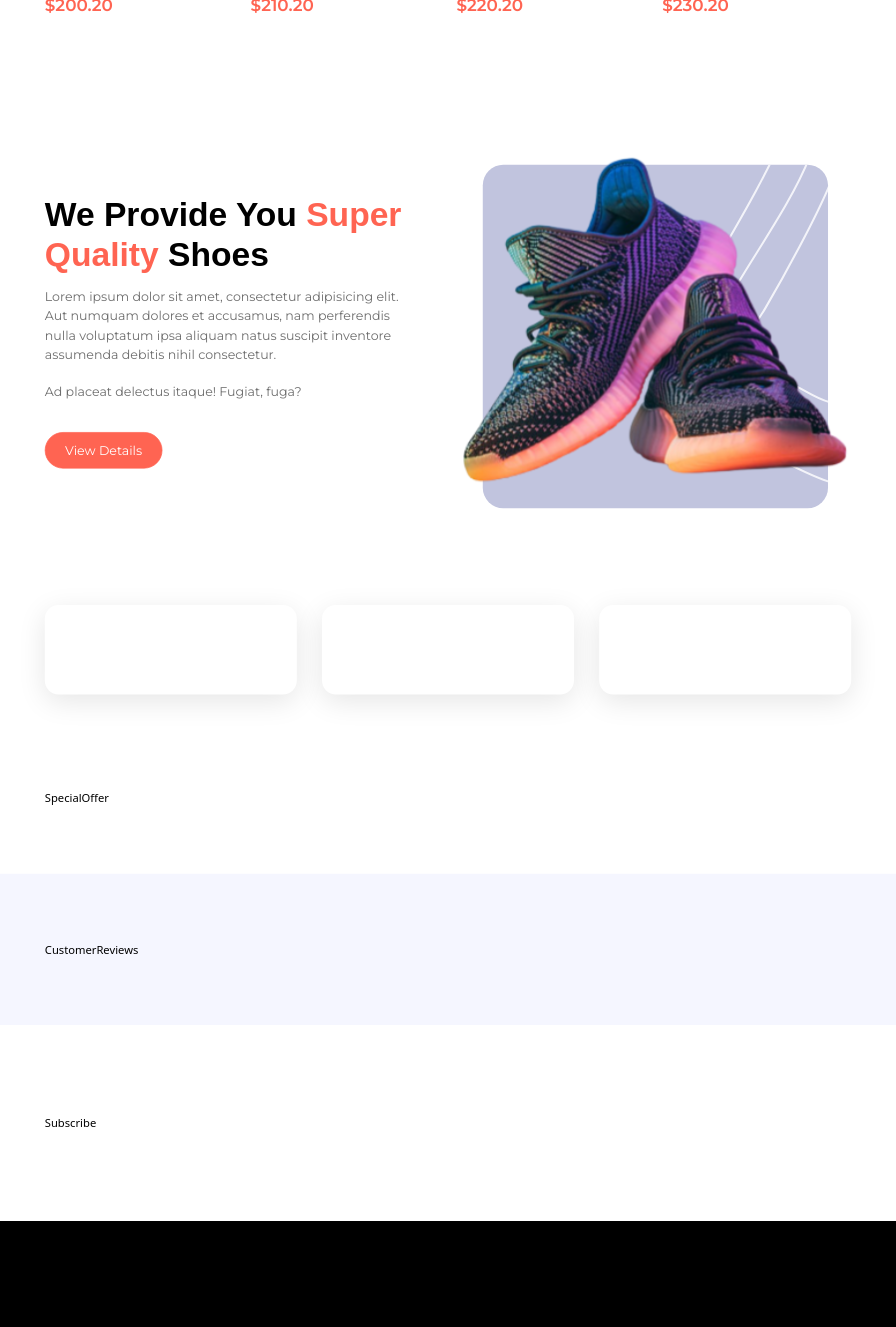
Repository: tynoschuck/nike-landpage
Page: /
These files come from the project's save history. The page is drawn as it stood at one moment and after the next save; the edit follows.
The browser window is 1280 px wide. The pictures show the part of the page from y = 1516 to 3436 px (the page is 3412 px tall before and 3436 px after), at 70% of full size.
Some web fonts or font styles are not loaded; a fallback is used. The project was rebuilt for these pictures with package versions that can differ from the ones it lists, and the page was loaded fresh each time. Also part of the build but not shown: vite.config.js.

Above is the page before, as saved 2023-12-01 11:35:58.

### index.html
<!doctype html>
<html lang="en">
  <head>
    <meta charset="UTF-8" />
    <link rel="icon" type="image/svg+xml" href="favicon.ico?" />
    <meta name="viewport" content="width=device-width, initial-scale=1.0" />
    <title>Nike Site</title>
  </head>
  <body>
    <div id="root"></div>
    <script type="module" src="/src/main.jsx"></script>
  </body>
</html>

### src/App.jsx
import Nav from "./components/Nav";
import { Hero, PopularProducts, CustomerReviews, Footer, Services, SpecialOffer, Subscribe, SuperQuality } from "./sections";

const App = () => (
  <main className="relative">
    <Nav />
    <section className="xl:padding-l wide:padding-r padding-b">
      <Hero />
    </section>
    <section className="padding">
      <PopularProducts />
    </section>
    <section className="padding">
      <SuperQuality />
    </section>
    <section className="padding-x py-10">
      <Services />
    </section>
    <section className="padding">
      <SpecialOffer />
    </section>
    <section className="padding bg-pale-blue">
      <CustomerReviews />
    </section>
    <section className="padding-x sm:py-32 py-16 w-full">
      <Subscribe />
    </section>
    <section className="padding-x padding-t pb-8 bg-black">
      <Footer />
    </section>
  </main>
);

export default App;

### src/components/Nav.jsx
import { headerLogo } from '../assets/images';
import { hamburger } from '../assets/icons';
import { navLinks } from '../constants';

const Nav = () => {
  return (
    <header className='padding-x py-8 absolute z-10 w-full'>
      <nav className='flex justify-between items-center max-container'>
        <a href="/">
          <img
            src={headerLogo}
            alt="logo"
            width={130}
            height={29}
          />
        </a>
        <ul className='flex-1 flex justify-center items-center gap-16 max-lg:hidden'>
          {navLinks.map((item) => (
            <li key={item.label}>
              <a
                href={item.href}
                className="font-montserrat leading-normal text-lg text-slate-gray"
              >
                {item.label}
              </a>
            </li>
          ))}
        </ul>
        <div className='hidden max-lg:block'>
          <img
            src={hamburger}
            alt="Hamburger"
            width={25}
            height={25}
          />
        </div>
      </nav>
    </header>
  )
}

export default Nav

### src/sections/index.js
import Hero from "./Hero";
import PopularProducts from "./PopularProducts";
import Footer from "./Footer";
import CustomerReviews from "./CustomerReviews";
import Services from "./Services";
import SpecialOffer from "./SpecialOffer";
import Subscribe from "./Subscribe";
import SuperQuality from "./SuperQuality";

export {
  Hero,
  PopularProducts,
  Footer,
  CustomerReviews,
  Services,
  SpecialOffer,
  Subscribe,
  SuperQuality,
};

### src/assets/images/index.js
import bigShoe1 from './big-shoe1.png'
import bigShoe2 from './big-shoe2.png'
import bigShoe3 from './big-shoe3.png'

import customer1 from './customer1.jpeg'
import customer2 from './customer2.svg'

import footerLogo from './footer-logo.svg'
import headerLogo from './header-logo.svg'

import offer from './offer.svg'

import shoe4 from './shoe4.svg'
import shoe5 from './shoe5.svg'
import shoe6 from './shoe6.svg'
import shoe7 from './shoe7.svg'
import shoe8 from './shoe8.svg'

import thumbnailBackground from './thumbnail-background.svg'
import thumbnailShoe1 from './thumbnail-shoe1.svg'
import thumbnailShoe2 from './thumbnail-shoe2.svg'
import thumbnailShoe3 from './thumbnail-shoe3.svg'

export {
    bigShoe1,
    bigShoe2,
    bigShoe3,

    customer1,
    customer2,

    footerLogo,
    headerLogo,

    offer,
    shoe4,
    shoe5,
    shoe6,
    shoe7,
    shoe8,

    thumbnailBackground,
    thumbnailShoe1,
    thumbnailShoe2,
    thumbnailShoe3
}

### src/assets/icons/index.js
import arrowRight from './arrow-right.svg'
import chevronLeft from './chevron-left.svg'
import cheveronRight from './chevron-right.svg'
import copyrightSign from './copyright-sign.svg'
import facebook from './facebook.svg'
import hamburger from './hamburger.svg'
import instagram from './instagram.svg'
import support from './support.svg'
import shieldTick from './shield-tick.svg'
import star from './star.svg'
import truckFast from './truck-fast.svg'
import twitter from './twitter.svg'

export {
    arrowRight,
    cheveronRight,
    chevronLeft,
    copyrightSign,
    facebook,
    hamburger,
    instagram,
    support,
    shieldTick,
    star,
    truckFast,
    twitter
}

### src/constants/index.js
import { facebook, instagram, shieldTick, support, truckFast, twitter } from "../assets/icons";
import { bigShoe1, bigShoe2, bigShoe3, customer1, customer2, shoe4, shoe5, shoe6, shoe7, thumbnailShoe1, thumbnailShoe2, thumbnailShoe3 } from "../assets/images";

export const navLinks = [
    { href: "#home", label: "Home" },
    { href: "#about-us", label: "About Us" },
    { href: "#products", label: "Products" },
    { href: "#contact-us", label: "Contact Us" },
];

export const shoes = [
    {
        thumbnail: thumbnailShoe1,
        bigShoe: bigShoe1,
    },
    {
        thumbnail: thumbnailShoe2,
        bigShoe: bigShoe2,
    },
    {
        thumbnail: thumbnailShoe3,
        bigShoe: bigShoe3,
    },
];

export const statistics = [
    { value: '1k+', label: 'Brands' },
    { value: '500+', label: 'Shops' },
    { value: '250k+', label: 'Customers' },
];

export const products = [
    {
        imgURL: shoe4,
        name: "Nike Air Jordan-01",
        price: "$200.20",
        rating: "(4.2)",
    },
    {
        imgURL: shoe5,
        name: "Nike Air Jordan-10",
        price: "$210.20",
        rating: "(4.8)",
    },
    {
        imgURL: shoe6,
        name: "Nike Air Jordan-100",
        price: "$220.20",
        rating: "(4.5)",
    },
    {
        imgURL: shoe7,
        name: "Nike Air Jordan-001",
        price: "$230.20",
        rating: "(4.2)",
    },
];

export const services = [
    {
        imgURL: truckFast,
        label: "Free shipping",
        subtext: "Enjoy seamless shopping with our complimentary shipping service."
    },
    {
        imgURL: shieldTick,
        label: "Secure Payment",
        subtext: "Experience worry-free transactions with our secure payment options."
    },
    {
        imgURL: support,
        label: "Love to help you",
        subtext: "Our dedicated team is here to assist you every step of the way."
    },
];

export const reviews = [
    {
        imgURL: customer1,
        customerName: 'Morich Brown',
        rating: 4.5,
        feedback: "The attention to detail and the quality of the product exceeded my expectations. Highly recommended!"
    },
    {
        imgURL: customer2,
        customerName: 'Lota Mongeskar',
        rating: 4.5,
        feedback: "The product not only met but exceeded my expectations. I'll definitely be a returning customer!"
    }
];


export const footerLinks = [
    {
        title: "Products",
        links: [
            { name: "Air Force 1", link: "/" },
            { name: "Air Max 1", link: "/" },
            { name: "Air Jordan 1", link: "/" },
            { name: "Air Force 2", link: "/" },
            { name: "Nike Waffle Racer", link: "/" },
            { name: "Nike Cortez", link: "/" },
        ],
    },
    {
        title: "Help",
        links: [
            { name: "About us", link: "/" },
            { name: "FAQs", link: "/" },
            { name: "How it works", link: "/" },
            { name: "Privacy policy", link: "/" },
            { name: "Payment policy", link: "/" },
        ],
    },
    {
        title: "Get in touch",
        links: [
            { name: "customer@nike.com", link: "mailto:customer@nike.com" },
            { name: "+92554862354", link: "tel:+92554862354" },
        ],
    },
];

export const socialMedia = [
    { src: facebook, alt: "facebook logo" },
    { src: twitter, alt: "twitter logo" },
    { src: instagram, alt: "instagram logo" },
];

### src/sections/Hero.jsx
import { useState } from "react";
import { arrowRight } from "../assets/icons";
import Button from "../components/Button";
import { shoes, statistics } from "../constants";
import { bigShoe1 } from "../assets/images";
import Shoecard from "../components/Shoecard";

const Hero = () => {

  const [bigShoeImg, setBigShoeImg] = useState(bigShoe1)

  return (
    <section
      id="home"
      className="w-full flex xl:flex-row flex-col justify-center min-h-screen gap-10 max-container">
        <div className="relative xl:w-2/5 flex flex-col justify-center items-start w-full max-xl:padding-x pt-28">
          <p className="text-xl font-montserrat text-coral-red">Our Summer Collection</p>
          <h1 className="mt-10 font-palanquin text-8xl max-sm:text-[72px] max-sm:leading-[82px] font-bold">
            <span className="xl:bg-white xl:whitespace-nowrap relative z-10 pr-10">The New Arrival</span>
            <br />
            <span className="text-coral-red inline-block mt-3">Nike</span> Shoes
          </h1>
          <p className="font-montserrat text-slate-gray text-lg leading-8 mt-6 mb-14 sm:max-w-sm"> Discover the new arrivals</p>
          <Button label='Shop now' iconUrl={arrowRight}/>
          <div className="flex justify-start items-start flex-wrap w-full mt-20 gap-16">
            {statistics.map((stat) => (
              <div key={stat.label}>
                <p className="text-4xl font-palanquin font-bold">
                  {stat.value}
                </p>
                <p className="leading-7 font-montserrat text-slate-gray">
                  {stat.label}
                </p>
              </div>
            ))}
          </div>
        </div>
        <div className="relative flex-1 flex justify-center items-center xl:min-h-screen max-xl:py-40 bg-primary bg-hero bg-cover bg-center">
          <img
            src={bigShoeImg}
            alt="shoe collection"
            width={610}
            height={500}
            className="object-contain relative z-10"
          />
          <div className="flex sm:gap-6 gap-4 absolute -bottom-[5%] sm:left-[10%] max-sm:px-6">
            {shoes.map((shoe,) => (
              <div key={shoe}>
                <Shoecard
                  imgURL={shoe}
                  changeBigShoeImage={(shoe) => setBigShoeImg (shoe)}
                  bigShoeImg={bigShoeImg}
                />
              </div>
            ))}
          </div>

        </div>
      </section>
  )
}

export default Hero

### src/sections/PopularProducts.jsx
import PopularProductCard from "../components/PopularProductCard"
import { products } from "../constants"

const PopularProducts = () => {
  return (
    <section
      id="products"
      className="max-container max-sm:mt-12"
    >
      <div className="flex flex-col justify-start gap-5">
        <h2 className="text-4xl font-palanquin font-bold">Lorem <span className="text-coral-red
        ">ipsum</span> dolor sit amet </h2>
        <p className="lg:max-w-lg mt-2 font-montserrat">Deleniti aliquid, dolorum quod velit possimus quibusdam sed sit voluptatum hic minima. </p>
      </div>
      <div className="mt-16 grid lg:grid-cols-4 md:grid-cols-3 sm:grid-cols-2 grid-cols-1 sm:gap-6 gap-14">
        {products.map((product) =>(
          <PopularProductCard
            key={product.name}
            {...product}
          />
        ))}
      </div>
    </section>
  )
}

export default PopularProducts

### src/sections/Services.jsx
import ServiceCard from "../components/ServiceCard"
import { services } from "../constants"

const Services = () => {
  return (
    <section className="max-container flex justify-center flex-wrap gap-9">
      {services.map((service) => (
        <ServiceCard
        key={service.label}
        {...service} />
      ))}
    </section>
  )
}

export default Services

### src/sections/SuperQuality.jsx
import Button from "../components/Button"
import { shoe8 } from "../assets/images"

const SuperQuality = () => {
  return (
    <section
      id="about-us"
      className="flex justify-between items-center max-lg:flex-col gap-10 w-full max-container"
    >
      <div className="flex flex-1 flex-col">
        <h2 className="font-palanquin text-4xl capitalize font-bold lg:max-w-lg">
          We Provide You <span className="text-coral-red">Super</span> <span className="text-coral-red">Quality</span> Shoes

        </h2>
        <p className="mt-4 lg:max-w-lg info-text">Lorem ipsum dolor sit amet, consectetur adipisicing elit. Aut numquam dolores et accusamus, nam perferendis nulla voluptatum ipsa aliquam natus suscipit inventore assumenda debitis nihil consectetur.</p>
        <p className="mt-6 lg:max-w-lg info-text">Ad placeat delectus itaque! Fugiat, fuga?</p>
        <div className="mt-11">
          <Button label='View Details' /></div>
        </div>
        <div className="flex-1 flex justify-center items-center">
          <img
            src={shoe8}
            alt="shoe8"
            width={570}
            height={522}
            className="object-contain"
          />
        </div>
    </section>
  )
}

export default SuperQuality

### src/components/Button.jsx
const Button = ({ label, iconUrl}) => {
  return (
    <button className="flex justify-center items-center gap-2 px-7 py-4 border font-montserrat text-lg leading-none bg-coral-red rounded-full text-white border-coral-red">
      {label}
      {iconUrl && <img
        src={iconUrl}
        alt="arrow right icon"
        className="ml-2 rounded-full w-5 h-5"
      />}
    </button>
  )
}

export default Button

### src/components/Shoecard.jsx
const Shoecard = ({ imgURL, changeBigShoeImage, bigShoeImg }) => {

  const handleClick =() => {
    if(bigShoeImg !== imgURL.bigShoe) {
      changeBigShoeImage(imgURL.bigShoe)
    }
  }

  return (
    <div
      className={`border-2 rounded-xl ${bigShoeImg === imgURL.bigShoe ? 'border-coral-red' : 'border-transparent'} cursor-pointer max-sm:flex-1`}
      onClick={handleClick}
    >
      <div className="flex justify-center items-center bg-card bg-center bg-cover sm:w-40 sm:h-40 rounded-xl max-sm:p-4">
        <img
          src={imgURL.thumbnail}
          alt='shoe collection'
          width={127}
          height={103}
          className="object-contain"
        />
      </div>
    </div>
  )
}

export default Shoecard

### src/components/PopularProductCard.jsx
import { star } from "../assets/icons"

const PopularProductCard = ({ imgURL, name, price, rating }) => {
  return (
    <div className="flex flex-1 flex-col w-full max-sm:w-full">
      <img src={imgURL} alt={name} height={280} width={280} />
      <div className="mt-8 flex justify-start gap-2.5">
        <img src={star} alt="rating" height={24} width={24} />
        <p className="font-montserrat text-xl leading-normal text-slate-gray">{rating}</p>
      </div>
      <h3 className="mt-2 text-2xl leading-normal font-semibold font-palanquin">{name}</h3>
      <p className="mt-2 font-semibold font-montserrat text-coral-red text-2xl leading-normal">{price}</p>
    </div>
  )
}

export default PopularProductCard

### src/components/ServiceCard.jsx
const ServiceCard = ({ imgURL, label, subtext }) => {
  return (
    <div className="flex-1 sm:w-[350px] sm:min-w-[350px] w-full rounded-[20px] shadow-3xl px-10 py-16">

    </div>
  )
}

export default ServiceCard

Loaded but not shown: src/main.jsx (common file); src/index.css (common file); src/sections/Footer.jsx (common file); src/sections/CustomerReviews.jsx (common file); src/sections/SpecialOffer.jsx (common file); src/sections/Subscribe.jsx (common file); tailwind.config.js (common file)

After the next save:
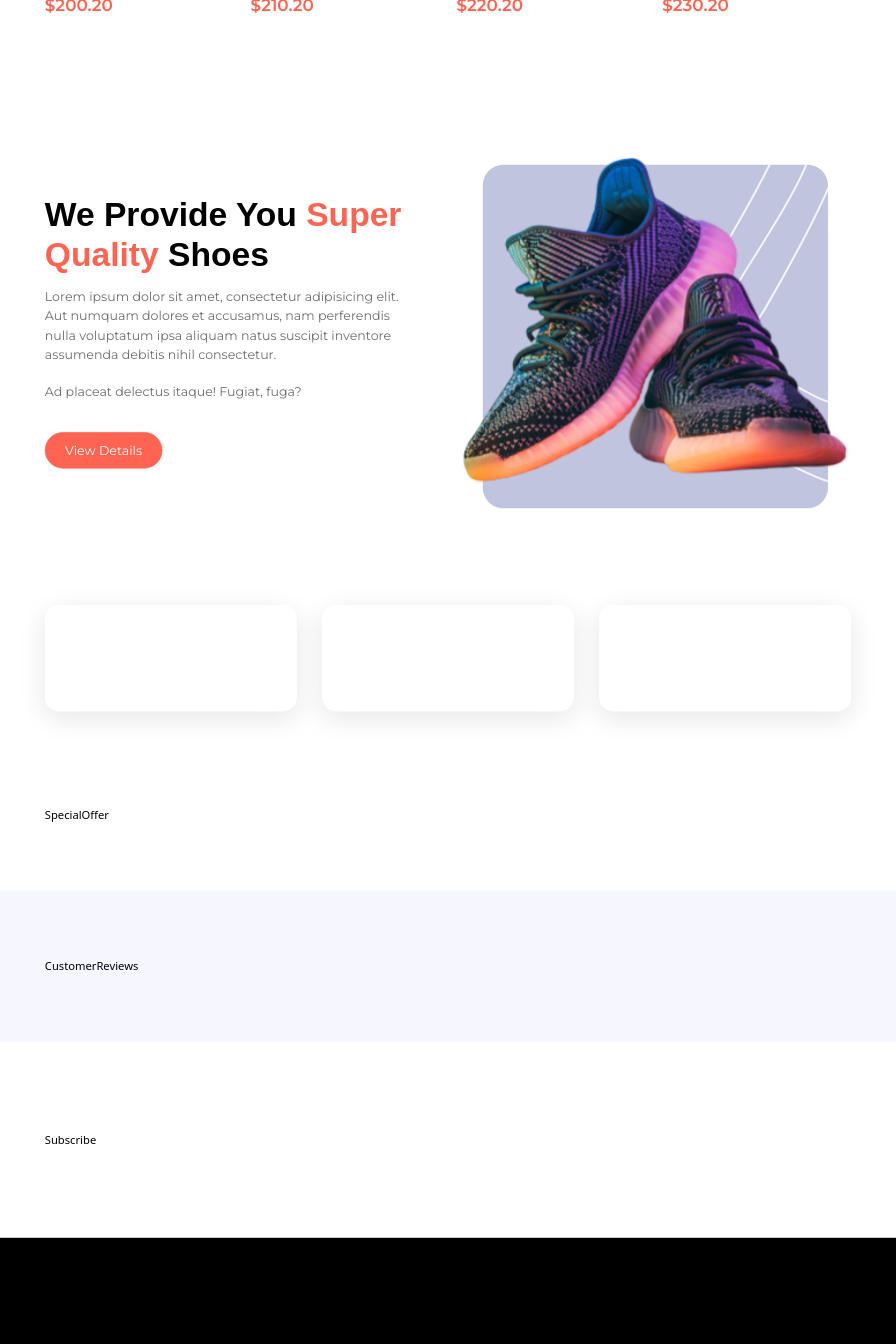
Saved 37 s later.
--- a/src/components/ServiceCard.jsx
+++ b/src/components/ServiceCard.jsx
@@ -1,6 +1,9 @@
 const ServiceCard = ({ imgURL, label, subtext }) => {
   return (
     <div className="flex-1 sm:w-[350px] sm:min-w-[350px] w-full rounded-[20px] shadow-3xl px-10 py-16">
+      <div>
+        <img src={imgURL} alt={label} width={24} height={24} />
+      </div>
 
     </div>
   )
